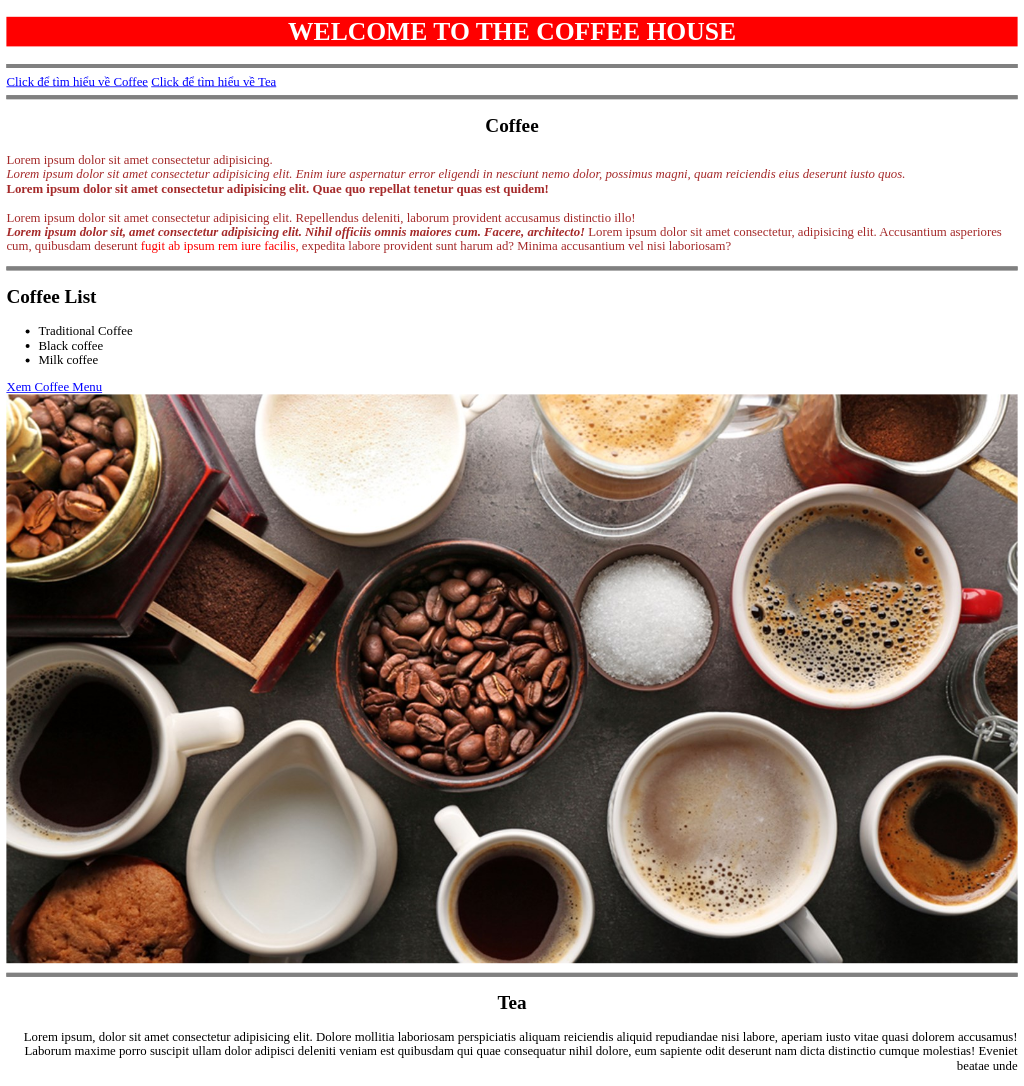
Repository: giahuy405/HomeWork_Coffee
Page: index.html
An editor plug-in stored every save of this project. The page is shown before and after the next save, followed by the edit.
The browser window is 1280 px wide. The pictures show the whole page, at 80% of full size.

Above is the page before, as saved 2022-09-07 01:21:48.

After the next save:
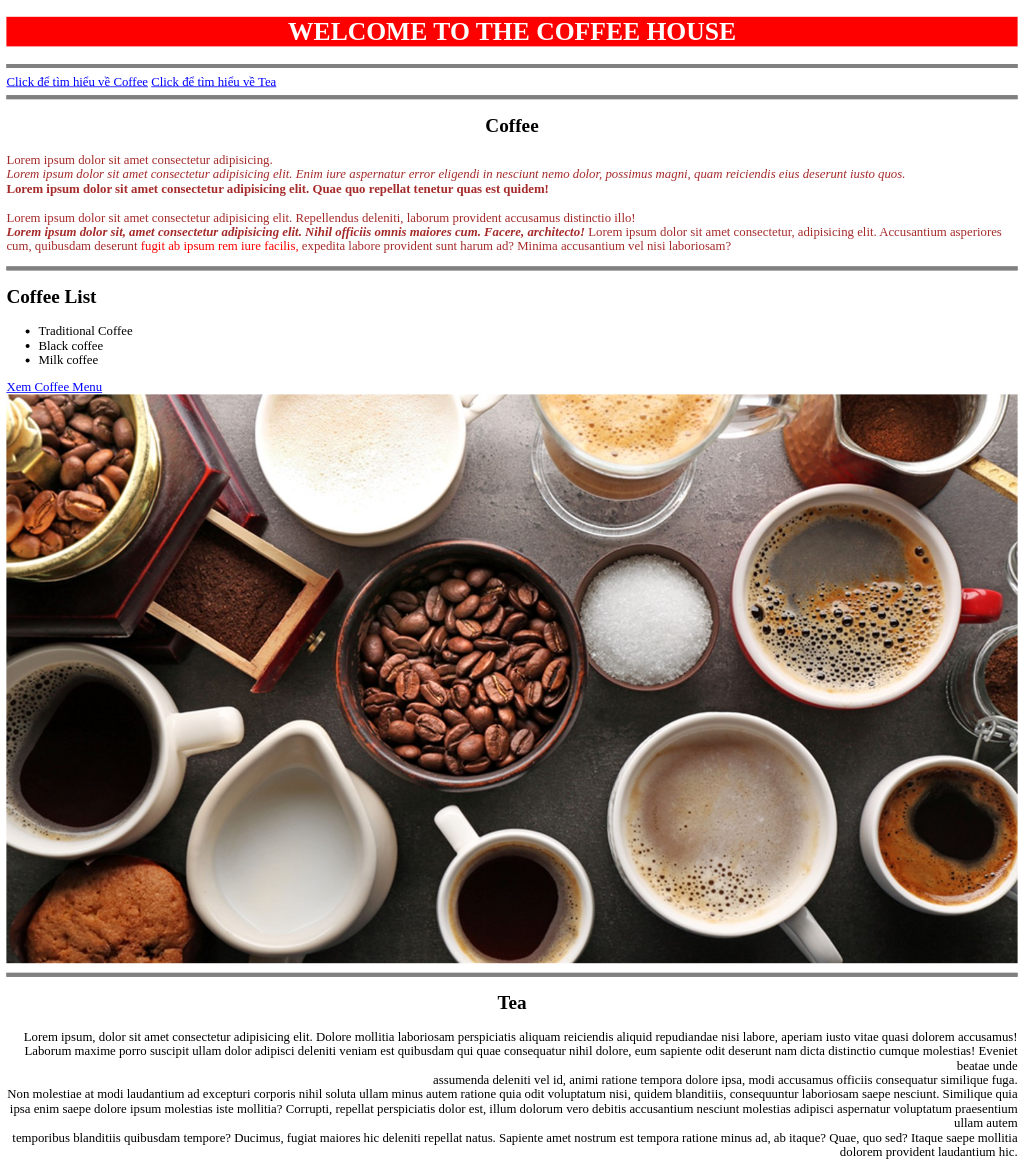
Saved 40 s later.
--- a/index.html
+++ b/index.html
@@ -48,7 +48,13 @@
     <div class="tea-intro">
         <h2 style="text-align:center">Tea</h2>
         <p style="text-align:right">Lorem ipsum, dolor sit amet consectetur adipisicing elit. Dolore mollitia laboriosam perspiciatis aliquam reiciendis aliquid repudiandae nisi labore, aperiam iusto vitae quasi dolorem accusamus! <br>
-            Laborum maxime porro suscipit ullam dolor adipisci deleniti veniam est quibusdam qui quae consequatur nihil dolore, eum sapiente odit deserunt nam dicta distinctio cumque molestias! Eveniet beatae unde</p>
+            Laborum maxime porro suscipit ullam dolor adipisci deleniti veniam est quibusdam qui quae consequatur nihil dolore, eum sapiente odit deserunt nam dicta distinctio cumque molestias! Eveniet beatae unde
+        <br>
+        assumenda deleniti vel id, animi ratione tempora dolore ipsa, modi accusamus officiis consequatur similique fuga.
+    <br>Non molestiae at modi laudantium ad excepturi corporis nihil soluta ullam minus autem ratione quia odit voluptatum nisi, quidem blanditiis, consequuntur laboriosam saepe nesciunt. Similique quia ipsa enim saepe dolore ipsum molestias iste mollitia? Corrupti, repellat perspiciatis dolor est, illum dolorum vero debitis accusantium nesciunt molestias adipisci aspernatur voluptatum praesentium ullam autem <br>
+    temporibus blanditiis quibusdam tempore?
+Ducimus, fugiat maiores hic deleniti repellat natus. Sapiente amet nostrum est tempora ratione minus ad, ab itaque? Quae, quo sed? Itaque saepe mollitia dolorem provident laudantium hic.
+    </p>
     </div>
 </body>
 </html>
